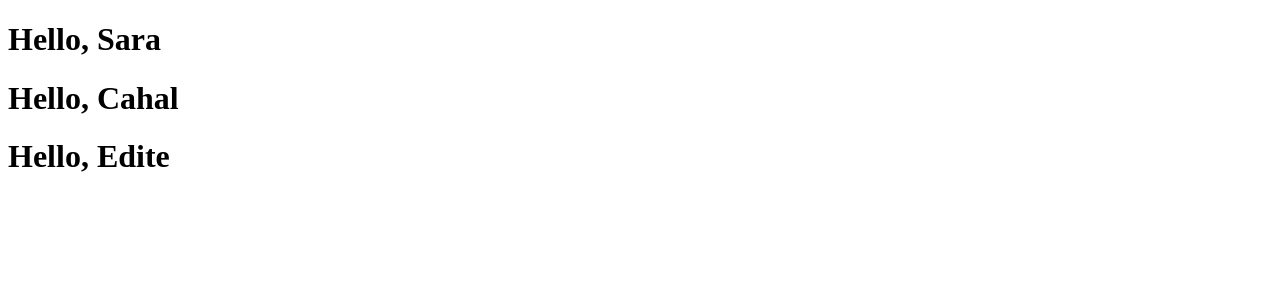
Repository: glgeorgiou/100-days-of-code-projects
Page: Front End Libraries Certification/4.React/react-test.html
These files come from the project's save history. The page is drawn as it stood at one moment and after a run of saves; the edit follows.
The browser window is 1280 px wide. The pictures show the whole page.
Some web libraries are served in a nearby version.

Above is the page before, as saved 2019-06-10 11:27:33.

### Front End Libraries Certification/4.React/react-test.html
<!DOCTYPE html>
<html>
  <head>
    <meta charset="UTF-8" />
    <title>Add React in One Minute</title>
  </head>
  <body>


    <!-- Load React. -->
    <!-- Note: when deploying, replace "development.js" with "production.min.js". -->
    <script src="https://unpkg.com/react@16/umd/react.development.js" crossorigin></script>
    <script src="https://unpkg.com/react-dom@16/umd/react-dom.development.js" crossorigin></script>
    <script src="https://unpkg.com/babel-standalone@6/babel.min.js"></script>

    <div id="root"></div>

    <script type="text/babel">

      function Welcome(props) {
        return <h1>Hello, {props.name}</h1>;
      }

      function App() {
        return (
          <div>
            <Welcome name="Sara" />
            <Welcome name="Cahal" />
            <Welcome name="Edite" />
          </div>
        );
      }

      ReactDOM.render(
        <App />,
        document.getElementById('root')
      );

       // ReactDOM.render(element, document.getElementById('challenge-node'));
    </script>
  </body>
</html>

After the next 2 saves:
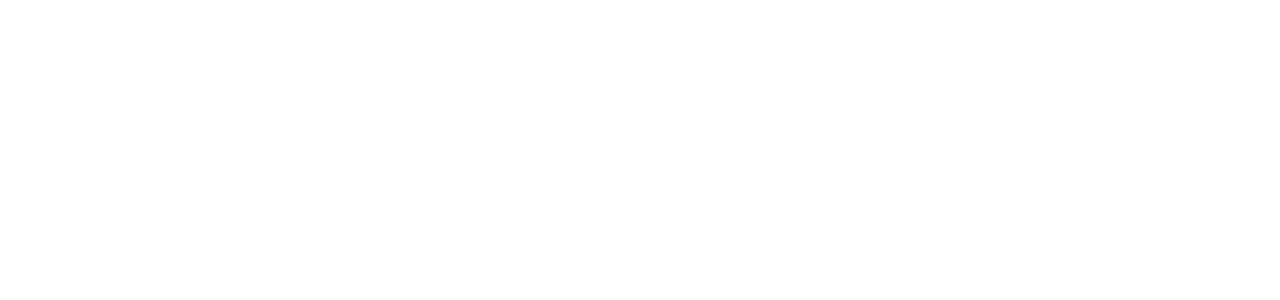
The 2 saves are shown as one change because they came seconds apart.
The last was saved 71 s later.
--- a/Front End Libraries Certification/4.React/react-test.html
+++ b/Front End Libraries Certification/4.React/react-test.html
@@ -17,26 +17,28 @@
 
     <script type="text/babel">
 
-      function Welcome(props) {
-        return <h1>Hello, {props.name}</h1>;
-      }
-
-      function App() {
+      function Comment(props) {
         return (
-          <div>
-            <Welcome name="Sara" />
-            <Welcome name="Cahal" />
-            <Welcome name="Edite" />
+          <div className="Comment">
+            <div className="UserInfo">
+              <img className="Avatar"
+                src={props.author.avatarUrl}
+                alt={props.author.name}
+              />
+              <div className="UserInfo-name">
+                {props.author.name}
+              </div>
+            </div>
+            <div className="Comment-text">
+              {props.text}
+            </div>
+            <div className="Comment-date">
+              {formatDate(props.date)}
+            </div>
           </div>
         );
       }
-
-      ReactDOM.render(
-        <App />,
-        document.getElementById('root')
-      );
-
-       // ReactDOM.render(element, document.getElementById('challenge-node'));
+       ReactDOM.render(Comment, document.getElementById('root'));
     </script>
   </body>
 </html>

After the save that followed:
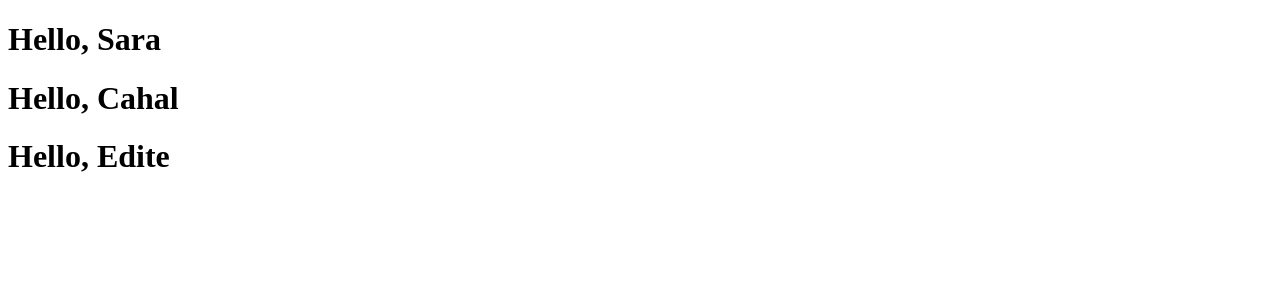
Saved 13 s later.
--- a/Front End Libraries Certification/4.React/react-test.html
+++ b/Front End Libraries Certification/4.React/react-test.html
@@ -17,28 +17,26 @@
 
     <script type="text/babel">
 
-      function Comment(props) {
+      function Welcome(props) {
+        return <h1>Hello, {props.name}</h1>;
+      }
+
+      function App() {
         return (
-          <div className="Comment">
-            <div className="UserInfo">
-              <img className="Avatar"
-                src={props.author.avatarUrl}
-                alt={props.author.name}
-              />
-              <div className="UserInfo-name">
-                {props.author.name}
-              </div>
-            </div>
-            <div className="Comment-text">
-              {props.text}
-            </div>
-            <div className="Comment-date">
-              {formatDate(props.date)}
-            </div>
+          <div>
+            <Welcome name="Sara" />
+            <Welcome name="Cahal" />
+            <Welcome name="Edite" />
           </div>
         );
       }
-       ReactDOM.render(Comment, document.getElementById('root'));
+
+      ReactDOM.render(
+        <App />,
+        document.getElementById('root')
+      );
+
+       // ReactDOM.render(element, document.getElementById('challenge-node'));
     </script>
   </body>
 </html>
